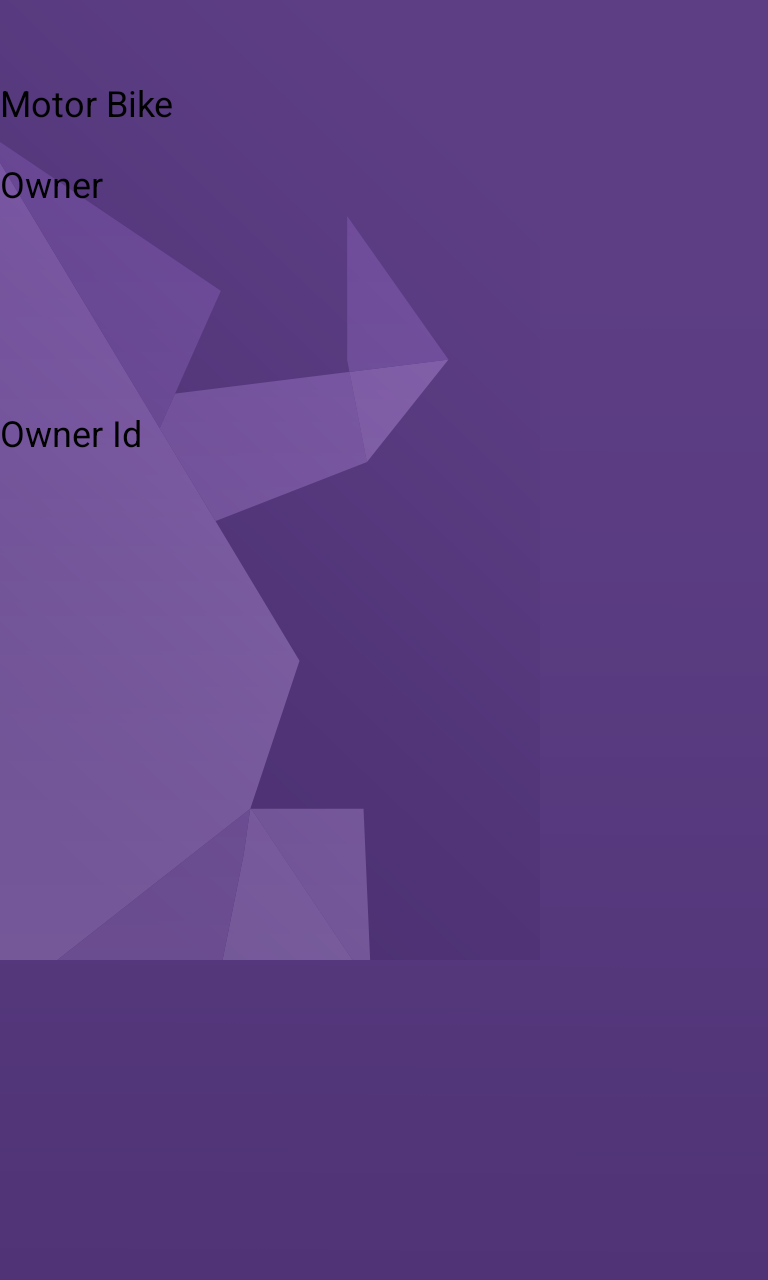
Repository: walteranyika/personal
Layout: PikiPiki/res/layout/activity_details.xml
These files come from the project's save history. The layout is drawn as it stood at one moment and after the next save; the edit follows.
It is drawn on a 768 x 1280 px phone screen (xhdpi) without system bars, with theme AppTheme; the app's code is not run.

Above is the layout before, as saved 2015-11-06 07:14:14.

### PikiPiki/res/layout/activity_details.xml
<RelativeLayout xmlns:android="http://schemas.android.com/apk/res/android"
    xmlns:tools="http://schemas.android.com/tools"
    android:layout_width="match_parent"
    android:layout_height="match_parent"
    tools:context=".DetailsActivity"
    android:background="@drawable/background_fill" >

    <ImageView
        android:id="@+id/imageView1"
        android:layout_width="wrap_content"
        android:layout_height="match_parent"
        android:layout_alignParentLeft="true"
        android:layout_alignParentTop="true"
        android:scaleType="fitStart"
        android:contentDescription="@string/background_image"
        android:src="@drawable/background" />
<TextView
        android:id="@+id/textViewRegNo"
        android:layout_width="wrap_content"
        android:layout_height="wrap_content"
        android:layout_alignLeft="@+id/editTextSearch"
        android:layout_alignRight="@+id/button1"
        android:layout_below="@+id/editTextSearch"
        android:layout_marginTop="39dp"
        android:text="@string/motorbike"
        android:textAppearance="?android:attr/textAppearanceMedium" />

    <LinearLayout
        android:id="@+id/linearLayout2"
        android:layout_width="wrap_content"
        android:layout_height="wrap_content"
        android:layout_alignLeft="@+id/linearLayout1"
        android:layout_alignRight="@+id/linearLayout1"
        android:layout_below="@+id/linearLayout1"
        android:layout_marginTop="16dp" >

        <TextView
            android:id="@+id/TextView01"
            android:layout_width="89dp"
            android:layout_height="wrap_content"
            android:text="@string/owner_id"
            android:textAppearance="?android:attr/textAppearanceMedium" />

        <TextView
            android:id="@+id/textViewOwnerID"
            android:layout_width="match_parent"
            android:layout_height="wrap_content"
            android:text="@string/owner_id"
            android:textAppearance="?android:attr/textAppearanceMedium" />
    </LinearLayout>

    <LinearLayout
        android:id="@+id/linearLayout1"
        android:layout_width="wrap_content"
        android:layout_height="wrap_content"
        android:layout_alignLeft="@+id/textViewRegNo"
        android:layout_alignRight="@+id/textViewRegNo"
        android:layout_below="@+id/textViewRegNo"
        android:layout_marginTop="16dp" >

        <TextView
            android:id="@+id/textView2"
            android:layout_width="89dp"
            android:layout_height="wrap_content"
            android:text="@string/owner"
            android:textAppearance="?android:attr/textAppearanceMedium" />

        <TextView
            android:id="@+id/textViewOwnerName"
            android:layout_width="0dp"
            android:layout_height="wrap_content"
            android:layout_weight="0.80"
            android:text="@string/owner"
            android:textAppearance="?android:attr/textAppearanceMedium" />
    </LinearLayout>


</RelativeLayout>

### PikiPiki/res/values/themes_apptheme.xml
<?xml version="1.0" encoding="utf-8"?>

<!-- Generated with http://android-holo-colors.com -->
<resources xmlns:android="http://schemas.android.com/apk/res/android">

  <style name="AppTheme" parent="@style/_AppTheme"/>

  <style name="_AppTheme" parent="android:Theme.Holo.Light">

    <item name="android:editTextBackground">@drawable/apptheme_edit_text_holo_light</item>

    <item name="android:buttonStyle">@style/ButtonAppTheme</item>

    <item name="android:imageButtonStyle">@style/ImageButtonAppTheme</item>

  </style>

</resources>

### PikiPiki/res/values/styles_apptheme.xml
<?xml version="1.0" encoding="utf-8"?>

<!-- Generated with http://android-holo-colors.com -->
<resources xmlns:android="http://schemas.android.com/apk/res/android">

  <style name="ButtonAppTheme" parent="android:Widget.Holo.Light.Button">
	  <item name="android:background">@drawable/apptheme_btn_default_holo_light</item>
  </style>

  <style name="ImageButtonAppTheme" parent="android:Widget.Holo.Light.ImageButton">
	  <item name="android:background">@drawable/apptheme_btn_default_holo_light</item>
  </style>

</resources>

### PikiPiki/res/drawable/apptheme_btn_default_holo_light.xml
<?xml version="1.0" encoding="utf-8"?>

<selector xmlns:android="http://schemas.android.com/apk/res/android">
    <item android:state_window_focused="false" android:state_enabled="true"
        android:drawable="@drawable/apptheme_btn_default_normal_holo_light" />
    <item android:state_window_focused="false" android:state_enabled="false"
        android:drawable="@drawable/apptheme_btn_default_disabled_holo_light" />
    <item android:state_pressed="true"
        android:drawable="@drawable/apptheme_btn_default_pressed_holo_light" />
    <item android:state_focused="true" android:state_enabled="true"
        android:drawable="@drawable/apptheme_btn_default_focused_holo_light" />
    <item android:state_enabled="true"
        android:drawable="@drawable/apptheme_btn_default_normal_holo_light" />
    <item android:state_focused="true"
        android:drawable="@drawable/apptheme_btn_default_disabled_focused_holo_light" />
    <item
         android:drawable="@drawable/apptheme_btn_default_disabled_holo_light" />
</selector>

### PikiPiki/res/values/strings.xml
<?xml version="1.0" encoding="utf-8"?>
<resources>

    <string name="app_name">PikiPiki</string>
    <string name="action_settings">Settings</string>
    <string name="motorbike">Motor Bike</string>
    <string name="sync">Sync</string>
    <string name="phone">Phone</string>
    <string name="_0734567843">Phone</string>
    <string name="area">Area</string>
    <string name="reg_date">Reg Date</string>
    <string name="driver_id">Driver Id</string>
    <string name="driver">Driver</string>
    <string name="owner">Owner</string>
    <string name="owner_id">Owner Id</string>
    <string name="search">Search</string>
    <string name="bike_reg_number">Bike Reg Number</string>
    <string name="back_ground_image">Back Ground Image</string>
    <string name="title_activity_details">DetailsActivity</string>
    <string name="hello_world">Hello world!</string>
    <string name="background_image">Background Image</string>

</resources>

Loaded but not shown: PikiPiki/res/values/styles.xml (common file); PikiPiki/res/drawable/apptheme_edit_text_holo_light.xml (common file); PikiPiki/res/values-v11/styles.xml (common file); PikiPiki/res/values-v14/styles.xml (common file)

After the next save:
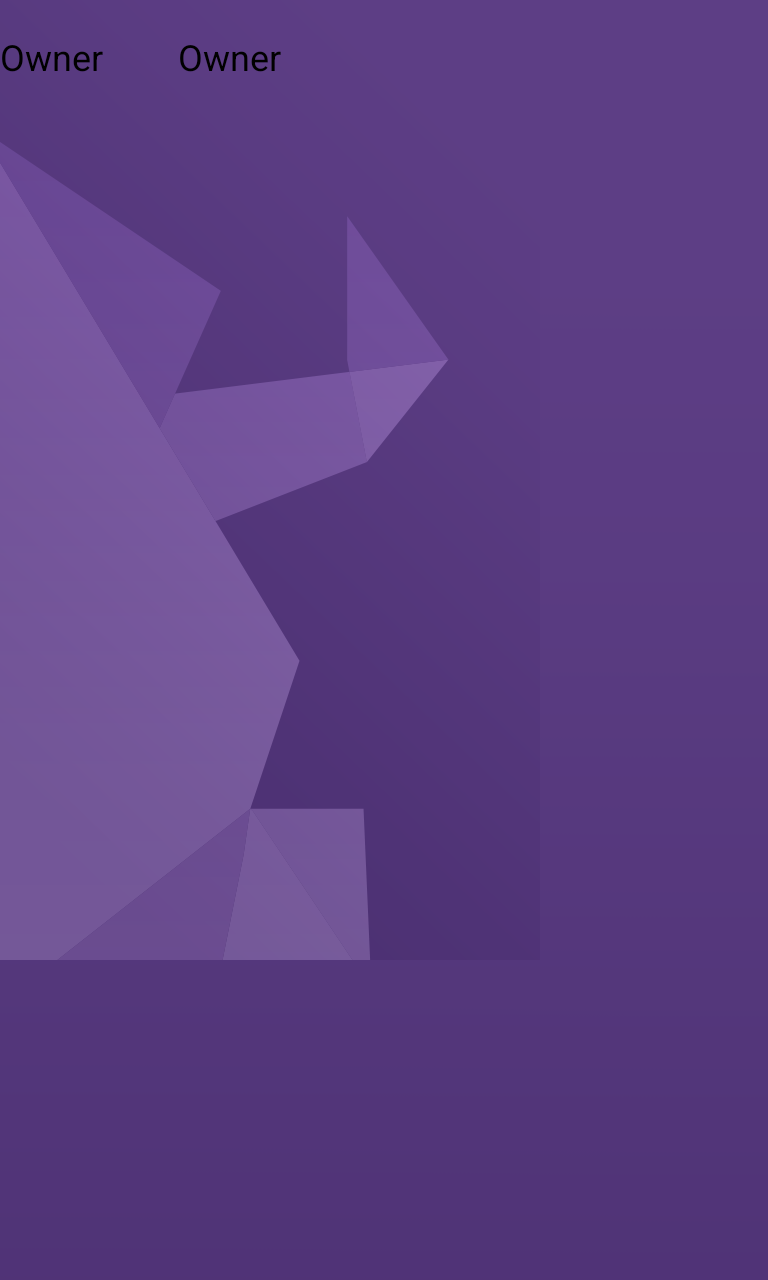
Saved 33 s later.
--- a/PikiPiki/res/layout/activity_details.xml
+++ b/PikiPiki/res/layout/activity_details.xml
@@ -14,41 +14,6 @@
         android:scaleType="fitStart"
         android:contentDescription="@string/background_image"
         android:src="@drawable/background" />
-<TextView
-        android:id="@+id/textViewRegNo"
-        android:layout_width="wrap_content"
-        android:layout_height="wrap_content"
-        android:layout_alignLeft="@+id/editTextSearch"
-        android:layout_alignRight="@+id/button1"
-        android:layout_below="@+id/editTextSearch"
-        android:layout_marginTop="39dp"
-        android:text="@string/motorbike"
-        android:textAppearance="?android:attr/textAppearanceMedium" />
-
-    <LinearLayout
-        android:id="@+id/linearLayout2"
-        android:layout_width="wrap_content"
-        android:layout_height="wrap_content"
-        android:layout_alignLeft="@+id/linearLayout1"
-        android:layout_alignRight="@+id/linearLayout1"
-        android:layout_below="@+id/linearLayout1"
-        android:layout_marginTop="16dp" >
-
-        <TextView
-            android:id="@+id/TextView01"
-            android:layout_width="89dp"
-            android:layout_height="wrap_content"
-            android:text="@string/owner_id"
-            android:textAppearance="?android:attr/textAppearanceMedium" />
-
-        <TextView
-            android:id="@+id/textViewOwnerID"
-            android:layout_width="match_parent"
-            android:layout_height="wrap_content"
-            android:text="@string/owner_id"
-            android:textAppearance="?android:attr/textAppearanceMedium" />
-    </LinearLayout>
-
     <LinearLayout
         android:id="@+id/linearLayout1"
         android:layout_width="wrap_content"
